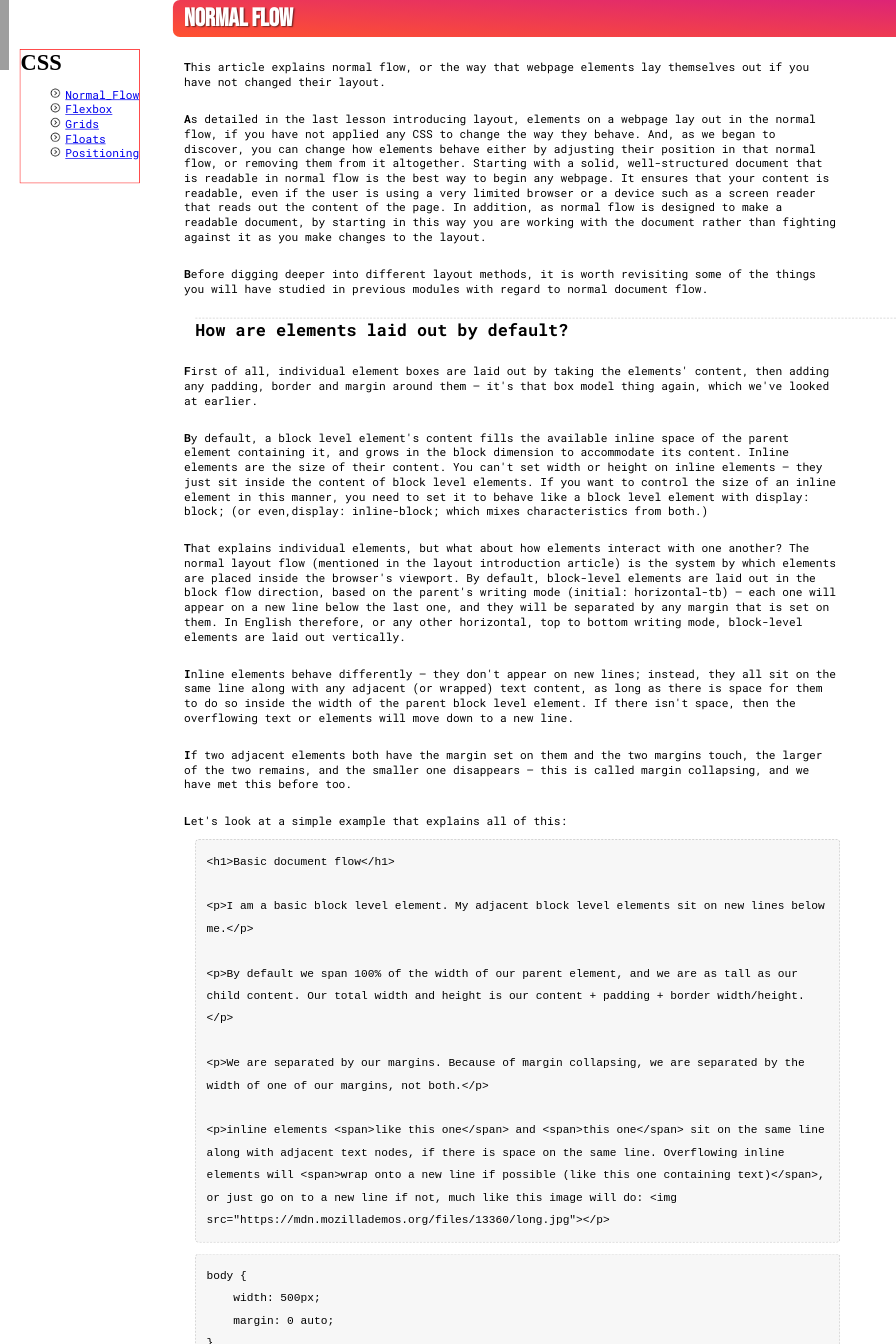
Repository: Colo-Codes/freecodecamp-04-Technical-Documentation-Page
Page: index.html
The author's editor kept a copy of each file at every save. The page is drawn from the files as they stood at one save, then again after the next save.
The browser window is 1280 px wide. The pictures show the part of the page from y = 0 to 1920 px (the page is 7072 px tall before and 7167 px after), at 70% of full size.
Pictures or frames that could not be fetched are drawn as grey boxes. Some web fonts or font styles are not loaded; a fallback is used.

Above is the page before, as saved 2021-05-21 13:52:06.

After the next save:
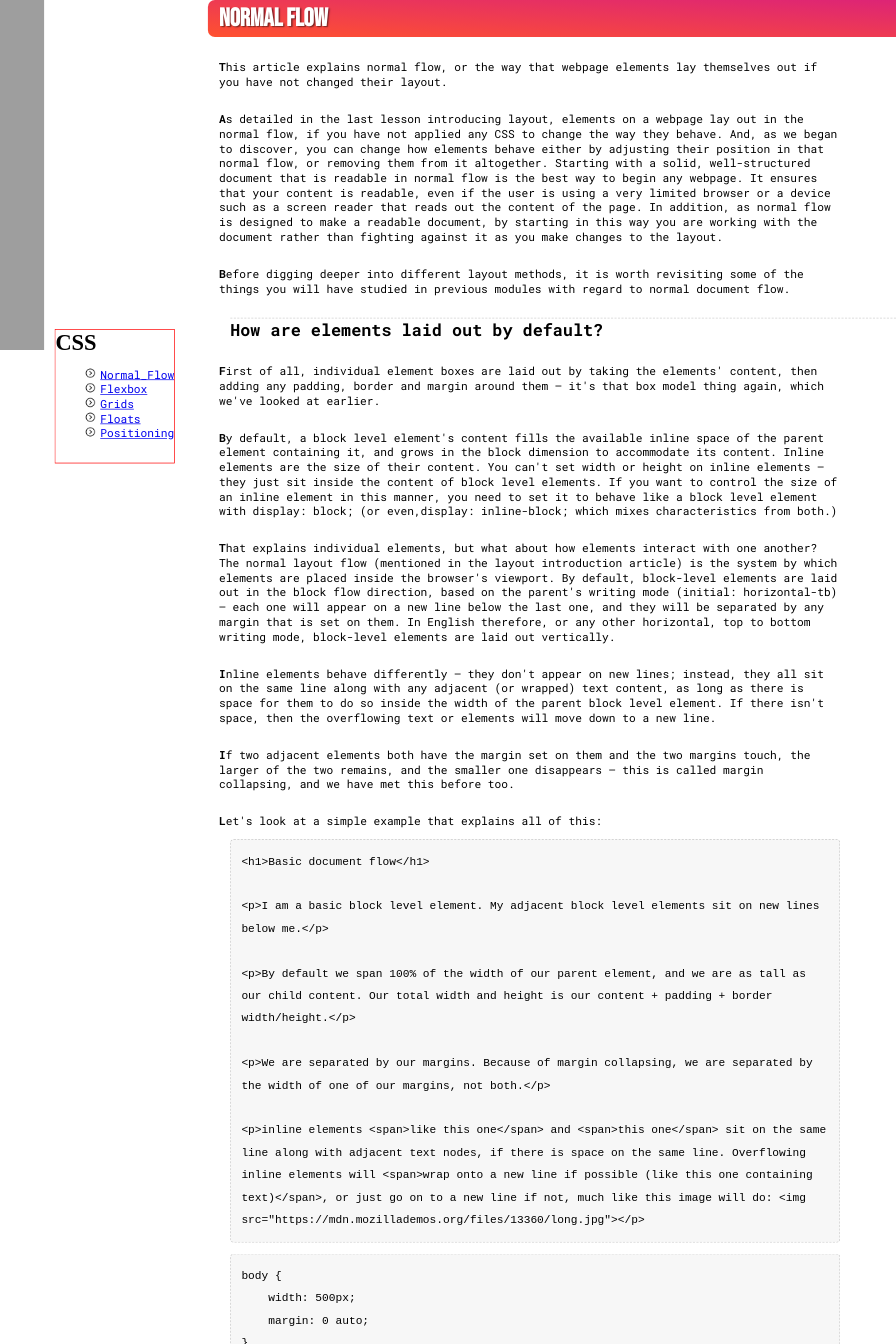
Saved 9 s later.
--- a/resources/css/index.css
+++ b/resources/css/index.css
@@ -30,8 +30,8 @@ main {
 
 #navbar-margin {
     /* margin-top: 200px; */
-    width: 100px;
-    height: 100px;
+    width: 500px;
+    height: 500px;
     background-image: url(../img/file_type_css_icon_130661.png);
 }
 #navbar-block {
